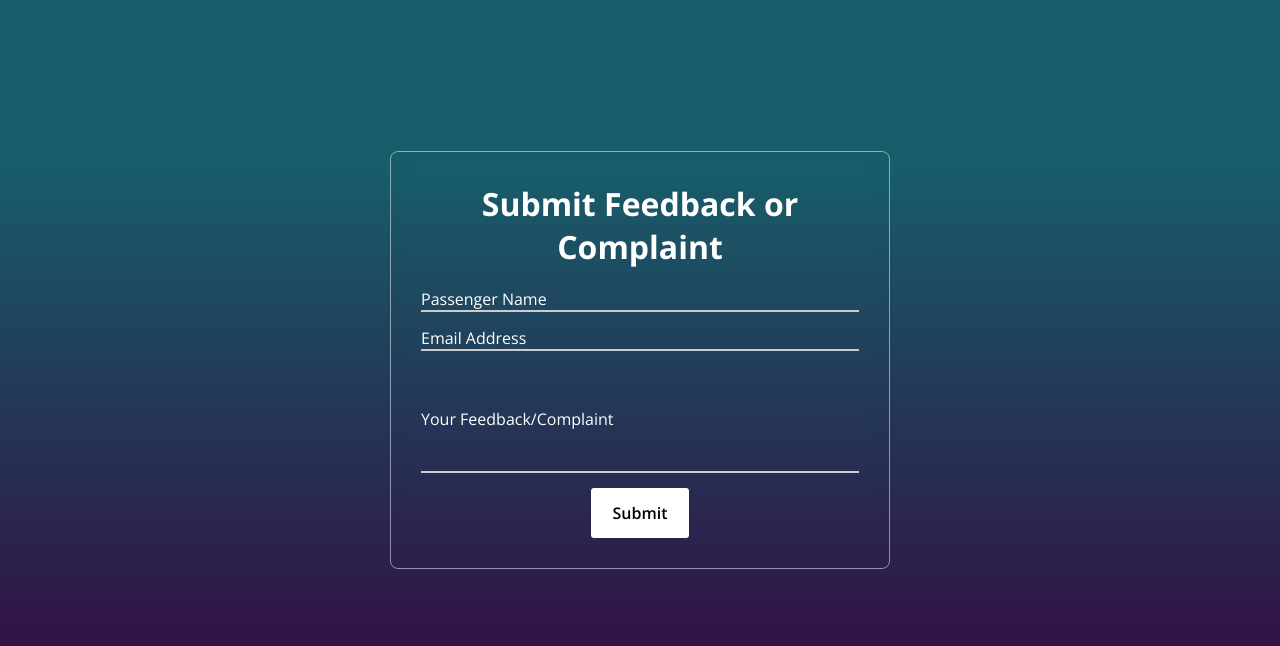
Repository: AmodhyaSharinda/Train-Reservation-system
Page: http://localhost/Train_reserve/ContactUs.jsp
The author's editor kept a copy of each file at every save. The page is drawn from the files as they stood at one save, then again after the next save.
The browser window is 1280 px wide. The pictures show the whole page.
The page is served by Tomcat 9.

Above is the page before, as saved 2024-10-08 07:49:22.

After the next save:
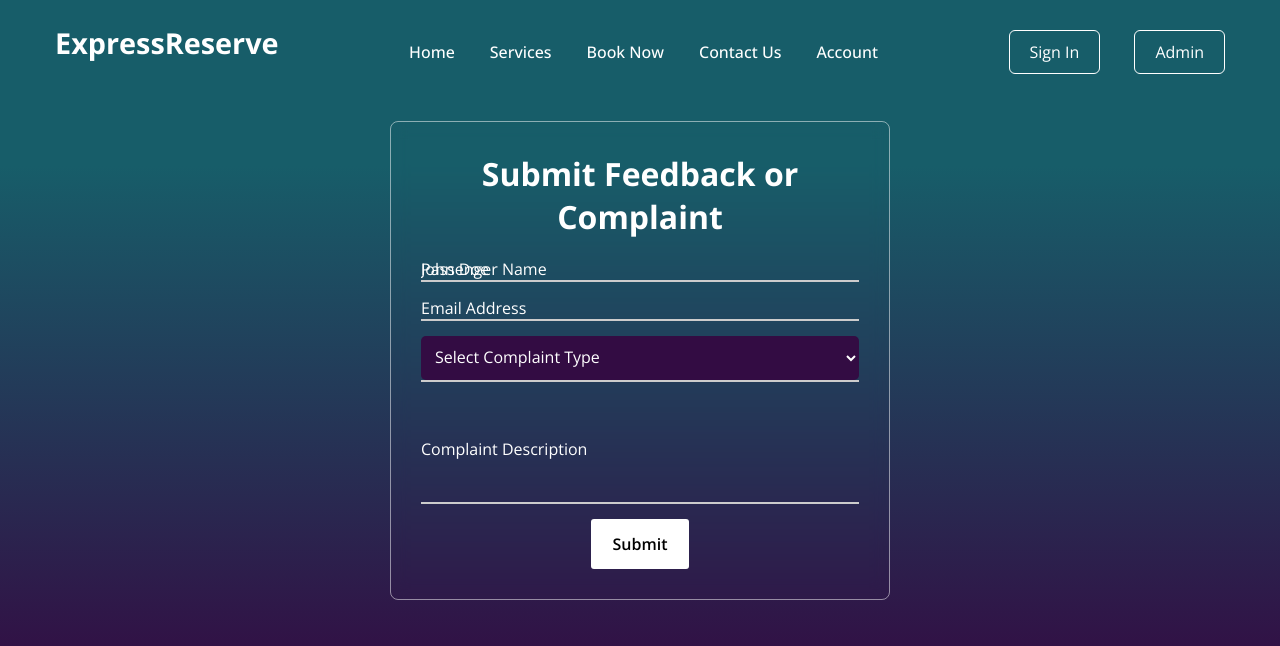
Saved 4 min 49 s later.
--- a/Train reserve/src/main/webapp/ContactUs.jsp
+++ b/Train reserve/src/main/webapp/ContactUs.jsp
@@ -6,7 +6,7 @@
     <title>Feedback - Online Train Reservation System</title>
     <link rel="stylesheet" href="home.css">
     <style>
-        /* Existing styles from the login page are retained here */
+        /* Existing styles retained */
         @import url("https://fonts.googleapis.com/css2?family=Open+Sans:wght@300;400;500;600;700&display=swap");
 
         * {
@@ -61,7 +61,8 @@
         }
 
         .input-field input,
-        .input-field textarea {
+        .input-field textarea,
+        .input-field select {
             width: 100%;
             background: transparent;
             border: none;
@@ -73,6 +74,13 @@
         .input-field textarea {
             height: 100px;
             resize: none;
+        }
+
+        .input-field select {
+            background-color: #330c43;
+            padding: 10px;
+            border-radius: 5px;
+            cursor: pointer;
         }
 
         .input-field input:focus~label,
@@ -105,11 +113,36 @@
     </style>
 </head>
 <body>
+    <!-- Header section with navigation -->
+    <header class="header">
+        <nav class="navbar">
+            <h2 class="logo"><a href="#">ExpressReserve</a></h2>
+            <input type="checkbox" id="menu-toggle" />
+            <label for="menu-toggle" id="hamburger-btn">
+                <svg xmlns="http://www.w3.org/2000/svg" height="24" viewBox="0 0 24 24" width="24">
+                    <path d="M3 12h18M3 6h18M3 18h18" stroke="currentColor" stroke-width="2" stroke-linecap="round"/>
+                </svg>
+            </label>
+            <ul class="links">
+                <li><a href="home.jsp">Home</a></li>
+                <li><a href="#">Services</a></li>
+                <li><a href="#">Book Now</a></li>
+                <li><a href="#">Contact Us</a></li>
+          		<li><a href="Account.jsp">Account</a></li>
+            </ul>
+            <div class="buttons">
+	          <a href="login.jsp" class="signup">Sign In</a>
+	          <a href="#" class="signup">Admin</a>
+            </div>
+        </nav>
+    </header>
+
+    <!-- Middle section for feedback form -->
     <div class="wrapper">
         <h2>Submit Feedback or Complaint</h2>
         <form action="SubmitFeedback" method="post">
             <div class="input-field">
-                <input type="text" name="PassengerName" required autocomplete="off">
+                <input type="text" name="PassengerName" required autocomplete="off" value="John Doe" readonly>
                 <label>Passenger Name</label>
             </div>
             <div class="input-field">
@@ -117,11 +150,29 @@
                 <label>Email Address</label>
             </div>
             <div class="input-field">
-                <textarea name="Feedback" required></textarea>
-                <label>Your Feedback/Complaint</label>
+                <select id="complaintType" required>
+                    <option value="">Select Complaint Type</option>
+                    <option value="Train Services">Train Services</option>
+                    <option value="Station Facilities">Station Facilities</option>
+                    <option value="Staff Behavior">Staff Behavior</option>
+                </select>
+            </div>
+            <div class="input-field">
+                <textarea id="complaintDescription" name="Feedback" required></textarea>
+                <label>Complaint Description</label>
             </div>
             <button type="submit">Submit</button>
         </form>
     </div>
+
+    <script>
+        // Script to auto-fill complaint type into the description box
+        const complaintType = document.getElementById('complaintType');
+        const complaintDescription = document.getElementById('complaintDescription');
+
+        complaintType.addEventListener('change', function() {
+            complaintDescription.value = `Complaint regarding: ${complaintType.value}\n\n`;
+        });
+    </script>
 </body>
 </html>
